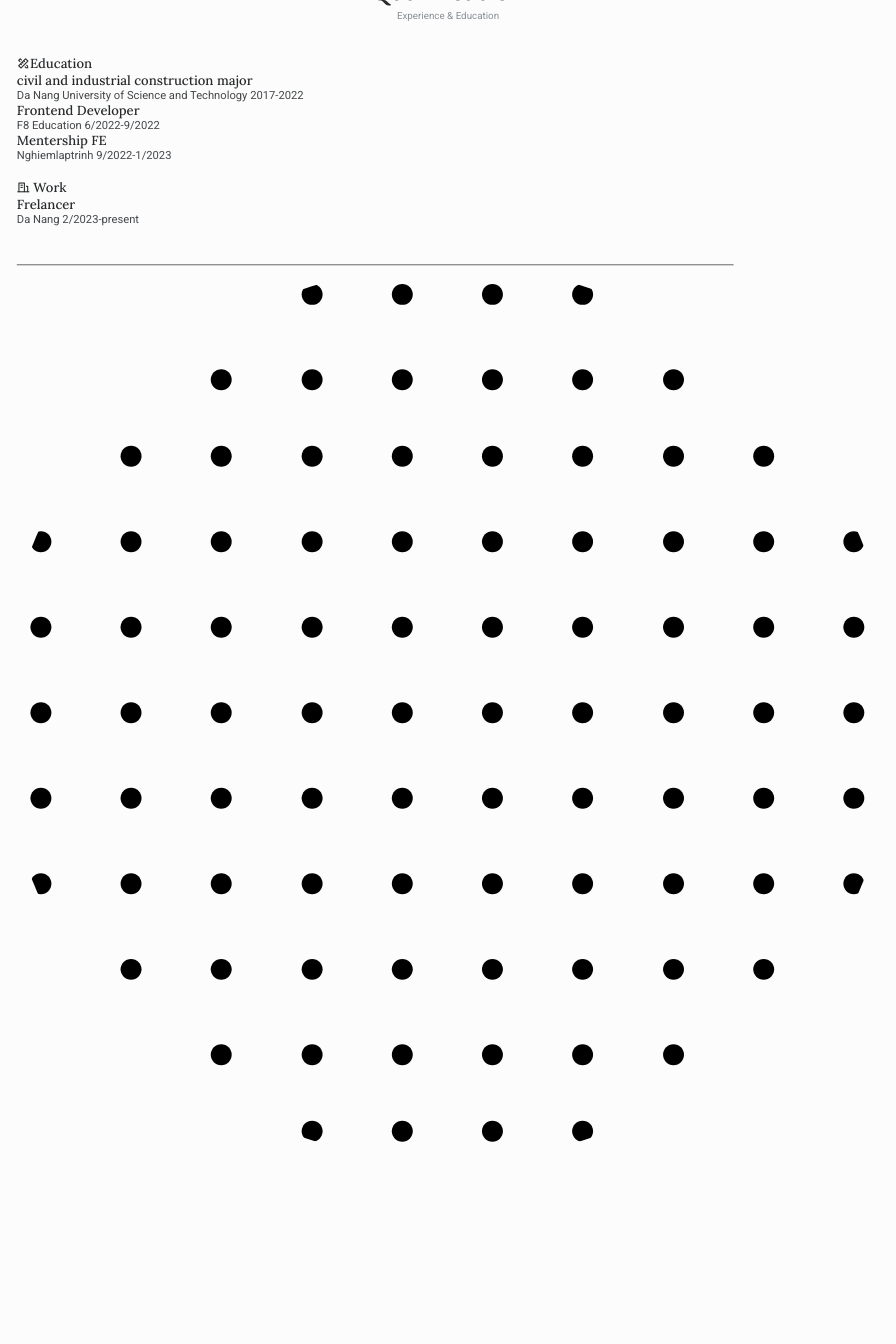
Repository: hnguyeng/myportfoliohongnguyen
Page: index.html
These files come from the project's save history. The page is drawn as it stood at one moment and after the next save; the edit follows.
The browser window is 1280 px wide. The pictures show the part of the page from y = 3277 to 5197 px (the page is 5220 px tall before and 5252 px after), at 70% of full size.
Some web libraries are served in a nearby version.

Above is the page before, as saved 2023-07-18 15:56:45.

After the next save:
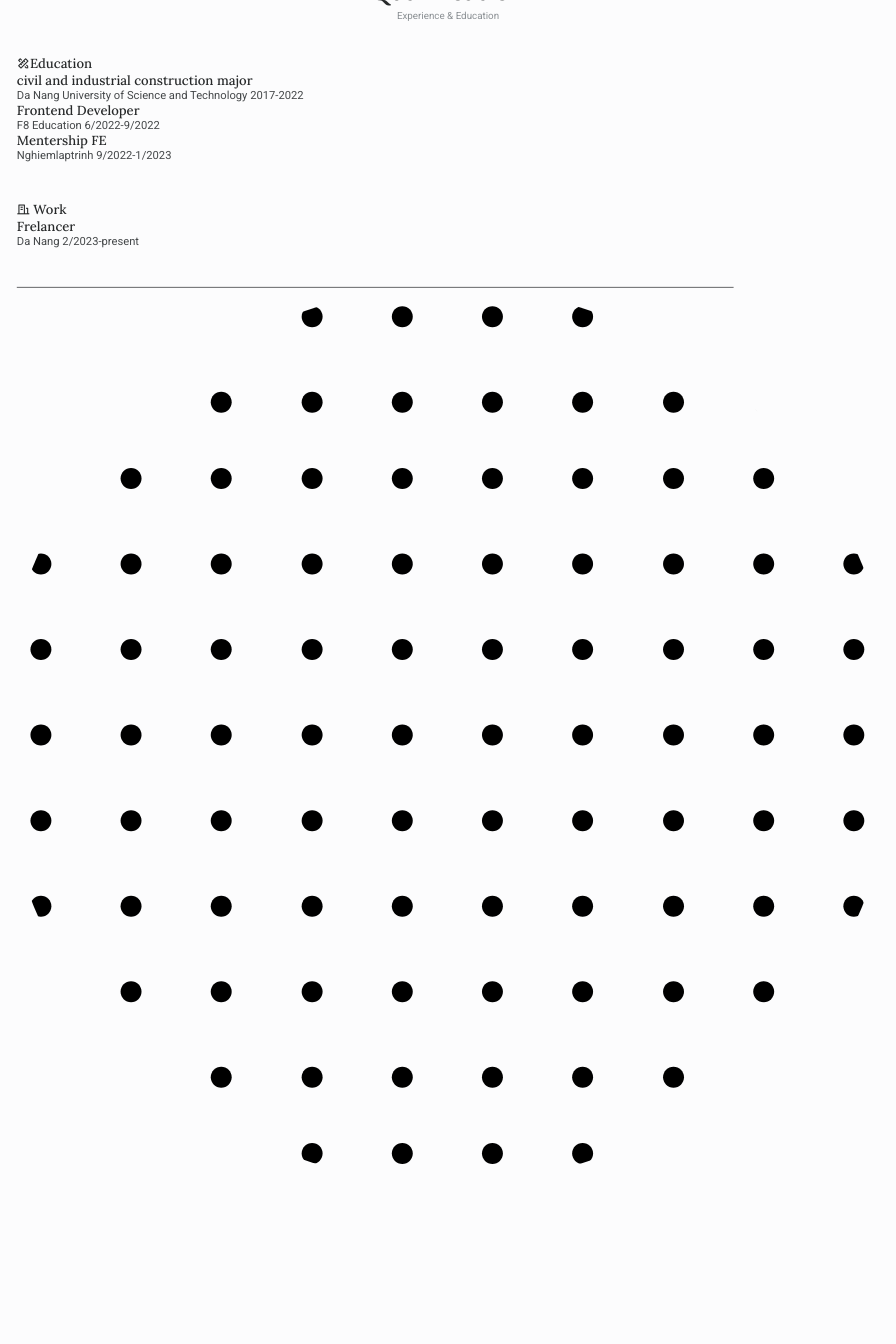
Saved 4 min 39 s later.
--- a/assets/css/style.css
+++ b/assets/css/style.css
@@ -351,3 +351,10 @@ img{
         transform: translate(0);
     }
 }
+/* =====================QUALIFICATION==================== */
+.qualification{
+    position: relative;
+}
+.qualifiation__container{
+    row-gap: 3.5rem;
+}
